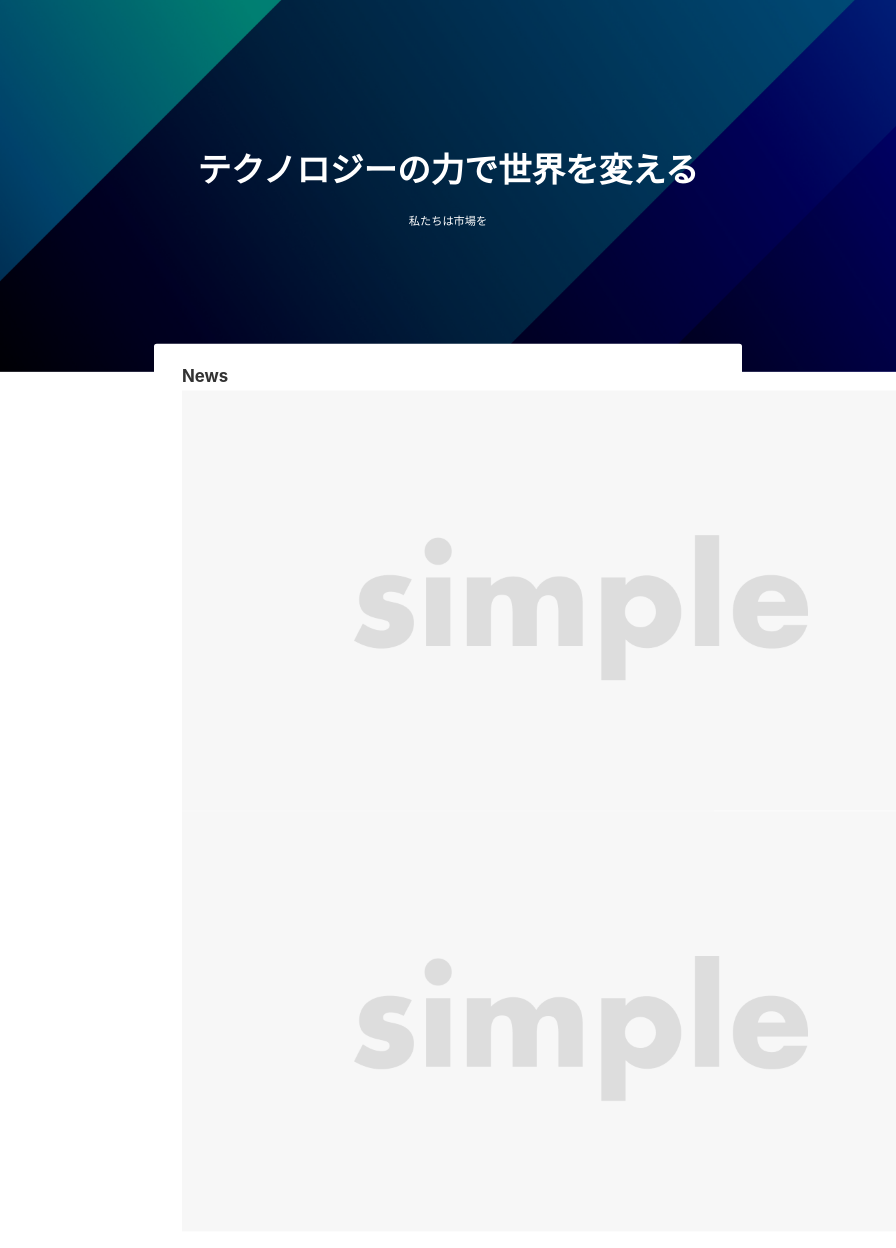
Repository: sk-style/my-next-project
Page: /
These files come from the project's save history. The page is drawn as it stood at one moment and after a run of saves; the edit follows.
The browser window is 1280 px wide. The pictures show the whole page, at 70% of full size.
The project was rebuilt for these pictures with package versions that can differ from the ones it lists, and the page was loaded fresh each time. The framework's server and built-in components were replaced by stand-ins that run in the browser. Also part of the build but not shown: next.config.ts.

Above is the page before, as saved 2025-10-27 14:37:41.

### app/page.tsx
import styles from "./page.module.css";
import Image from "next/image";

type News = {
  id: string;
  title: string;
  category: {
    name: string;
  };
  publishedAt: string;
  createdAt: string;
};

const data: {
  contents: News[];
} = {
  contents: [
    {
      id: "1",
      title: "渋谷オフィスを移転しました",
      category: { name: "更新情報" },
      publishedAt: "2023/05/19",
      createdAt: "2023/05/19",
    },
    {
      id: "2",
      title: "当社CEOが業界リーダーTOP3に選ばれました",
      category: { name: "更新情報" },
      publishedAt: "2023/05/19",
      createdAt: "2023/05/19",
    },
    {
      id: "3",
      title: "テスト記事です",
      category: { name: "更新情報" },
      publishedAt: "2023/05/19",
      createdAt: "2023/05/19",
    },
  ],
};

export default function Home() {
  const sliceData = data.contents.slice(0, 2);
  return (
    <>
      <section className={styles.top}>
        <div>
          <h1 className={styles.title}>テクノロジーの力で世界を変える</h1>
          <p className={styles.description}>私たちは市場を</p>
        </div>
        <Image
          className={styles.bgimg}
          src="/img-mv.jpg"
          alt=""
          width={4000}
          height={1200}
        />
      </section>
      <section className={styles.news}>
        <h2 className={styles.newsTitle}>News</h2>
        <ul>
          {sliceData.map((article) => (
            <li key={article.id} className={styles.list}>
              <div className={styles.link}>
                <Image
                  className={styles.image}
                  src="/no-image.png"
                  alt="No Image"
                  width={1200}
                  height={600}
                />
                <dl className={styles.content}>
                  <dt className={styles.newsItemTitle}>{article.title}</dt>
                  <dd className={styles.meta}>
                    <span className={styles.tag}>{article.category.name}</span>
                    <span className={styles.date}>
                      <Image
                        src="/clock.svg"
                        alt=""
                        width={16}
                        height={16}
                        priority
                      />
                      {article.publishedAt}
                    </span>
                  </dd>
                </dl>
              </div>
            </li>
          ))}
        </ul>
      </section>
    </>
  );
}

### app/globals.css
:root {
    --font-mono: ui-monospace, Menlo, Monaco, 'Cascadia Mono', 'Segoe UI Mono',
    'Roboto Mono', 'Oxygen Mono', 'Ubuntu Monospace', 'Source Code Pro',
    'Fira Mono', 'Droid Sans Mono', 'Courier New', monospace;
    --color-text-main: #333;
    --color-text-sub: #999;
    --color-text-unpainted: #fff;
    --color-text-error: #f33;
    --color-bg-main: #fff;
    --color-bg-sub: #f3f3f3;
    --color-bg-code: #fafafa;
    --color-bg-painted: #333;
    --color-border-dark: #333;
    --color-border: #ddd;
    --color-border-light: #f3f3f3;
    --color-current: #eee;
    --color-button-primary: #333;
    --border-radius: 4px;
}

* {
    box-sizing: border-box;
    padding: 0;
    margin: 0;
}

html,
body {
    max-width: 100vw;
    overflow-x: hidden;
}

body {
    font-family: -apple-system, BlinkMacSystemFont, 'Helvetica Neue', YuGothic,
    'ヒラギノ角ゴ ProN W3', Hiragino Kaku Gothic ProN, Arial, 'メイリオ', Meiryo,
    sans-serif;
    color: var(--color-text-main);
    line-height: 1.8;
}

code {
    font-family: menlo, inconsolata, monospace;
}

a {
    color: inherit;
    text-decoration: none;
}

ol,
ul {
    list-style: none;
}

### app/page.module.css
.top {
  position: relative;
  display: flex;
  align-items: center;
  justify-content: center;
  background-color: rgba(0, 0, 0, 0.5);
  color: #fff;
  overflow: hidden;
  padding: 200px 0;
}

.title {
  font-size: 3rem;
  font-weight: bold;
  text-align: center;
  margin-bottom: 1rem;
}

.description {
  text-align: center;
}

.bgimg {
  position: absolute;
  top: 0;
  right: 0;
  width: 100%;
  height: 600px;
  object-fit: cover;
  object-position: right;
  display: flex;
  align-items: center;
  justify-content: center;
  z-index: -1;
}

.news {
  position: relative;
  background-color: #fff;
  width: 840px;
  margin: -40px auto 0;
  padding: 24px 40px;
  border-radius: var(--border-radius);
}

.newsTitle {
  font-size: 1.5rem;
}

.list {
  border-bottom: 1px solid var(--color-border-light);
}

.list:last-child {
  border-bottom: none;
}

.link {
  display: flex;
  align-items: flex-start;
  gap: 40px;

}

.newsLink {
  position: absolute;
  right: -40px;
  bottom: -40px;
}

@media (max-width: 640px) {
  .top {
    padding: 120px 16px;
  }
  .title {
    font-size: 2rem;
    text-align: left;
  }

  .description {
    text-align: center;
    font-size: 0.9rem;
    text-align: left;
  }

  .bgimg {
    position: absolute;
    top: 0;
    right: 0;
    width: auto;
    height: 600px;
    object-fit: cover;
    display: flex;
    align-items: center;
    justify-content: center;
    z-index: -1;
  }

  .news {
    width: calc(100% - 32px);
    padding: 16px 24px;
  }
}

Loaded but not shown: app/layout.tsx (common file)

After the next 2 saves:
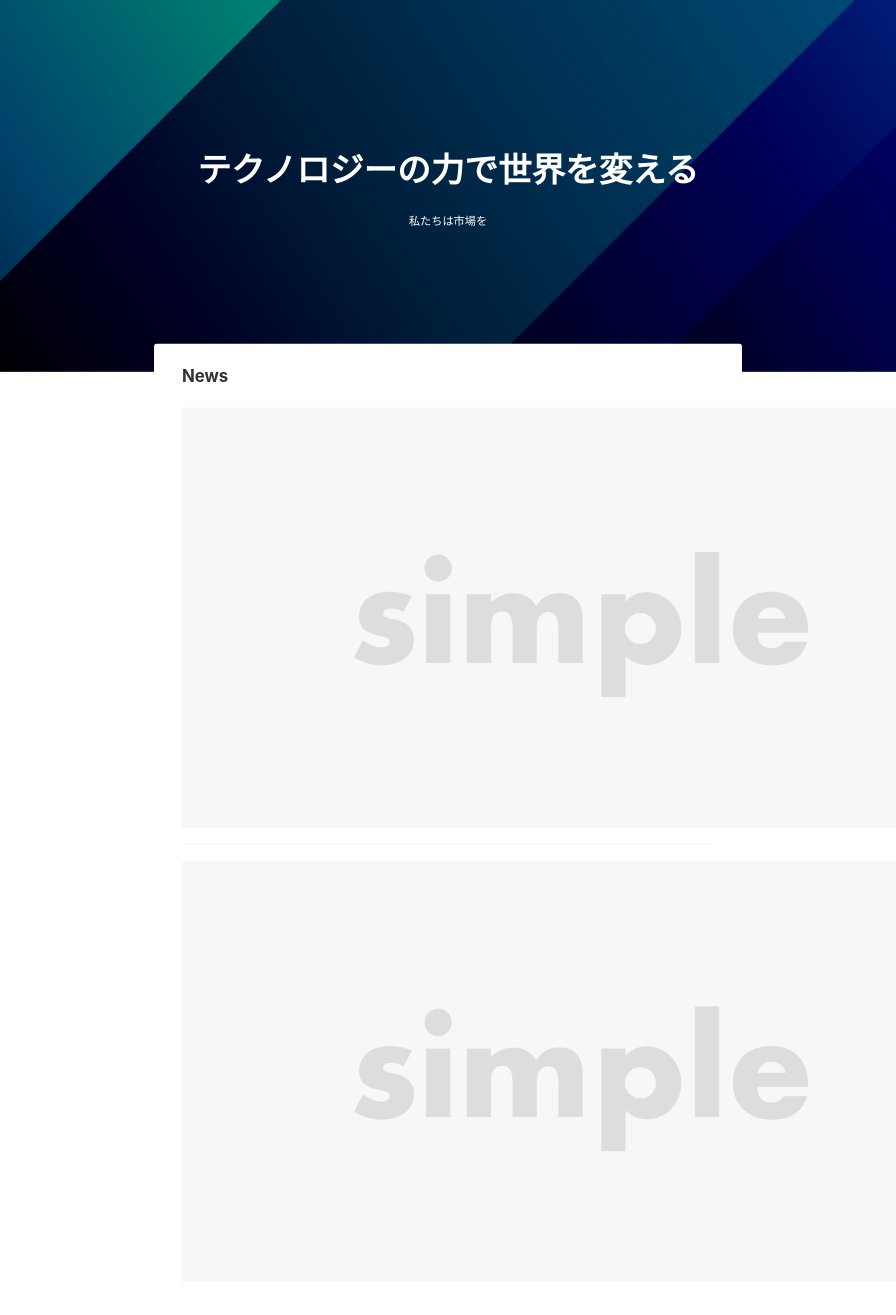
The 2 saves are shown as one change because they came seconds apart.
The last was saved 6 s later.
--- a/app/page.module.css
+++ b/app/page.module.css
@@ -59,7 +59,7 @@
   display: flex;
   align-items: flex-start;
   gap: 40px;
-
+  padding: 24px 0;
 }
 
 .newsLink {
